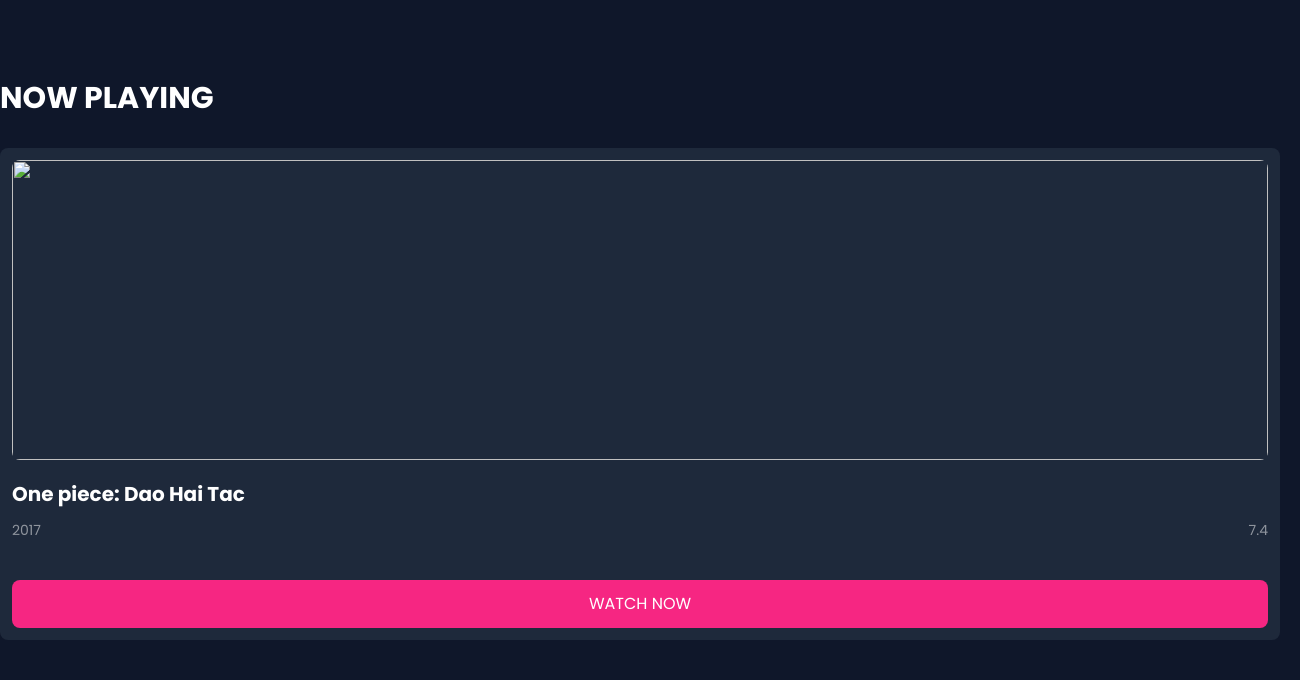
Repository: HoangLong0210/MovieWithTheMovieDb
Page: /
The author's editor kept a copy of each file at every save. The page is drawn from the files as they stood at one save, then again after the next save.
The browser window is 1280 px wide. The page is 1300 px wide, so the pictures cover 1300 px, including what lies to the right of the window. The pictures show the part of the page from y = 624 to 1304 px (the page is 1304 px tall).
The project was rebuilt for these pictures with package versions that can differ from the ones it lists, and the page was loaded fresh each time.

Above is the page before, as saved 2023-04-27 14:39:52.

After the next save:
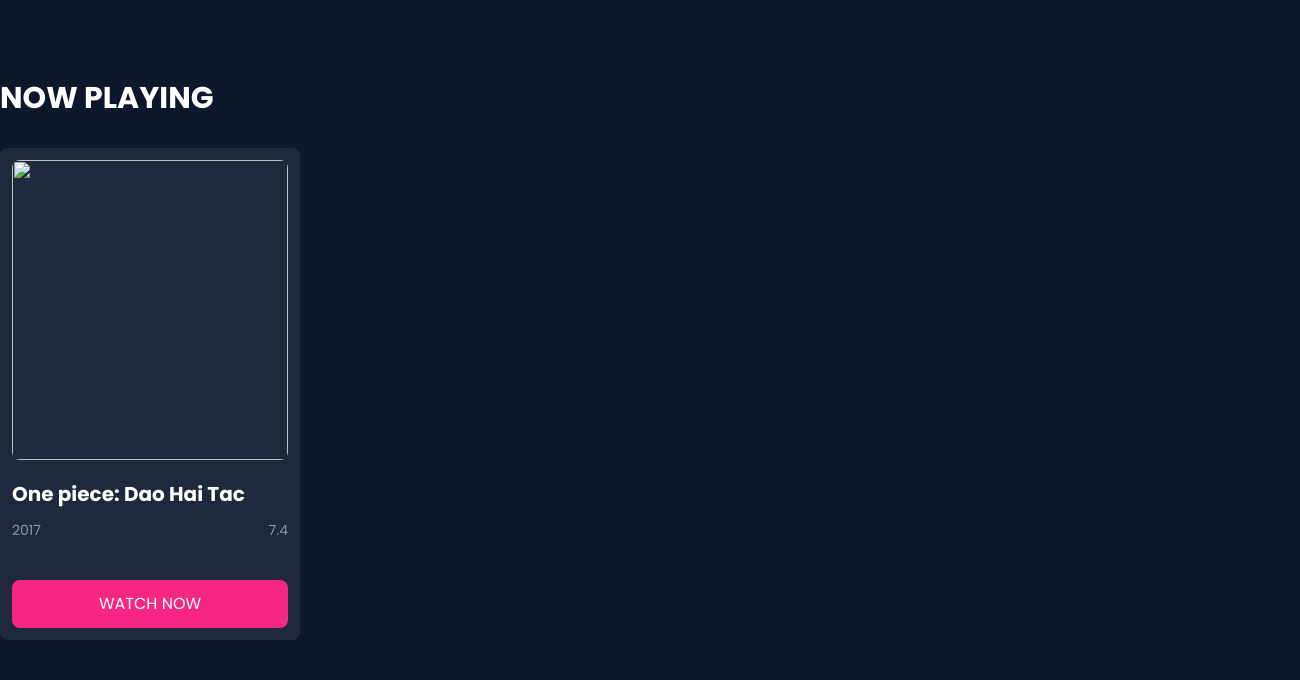
Saved 8 s later.
--- a/src/index.scss
+++ b/src/index.scss
@@ -17,7 +17,7 @@
     max-width: 1440px;
     @apply mx-auto;
   }
-  // .movie-list .swiper-slide {
-  //   width: 300px;
-  // }
+  .movie-list .swiper-slide {
+    width: 300px;
+  }
 }
